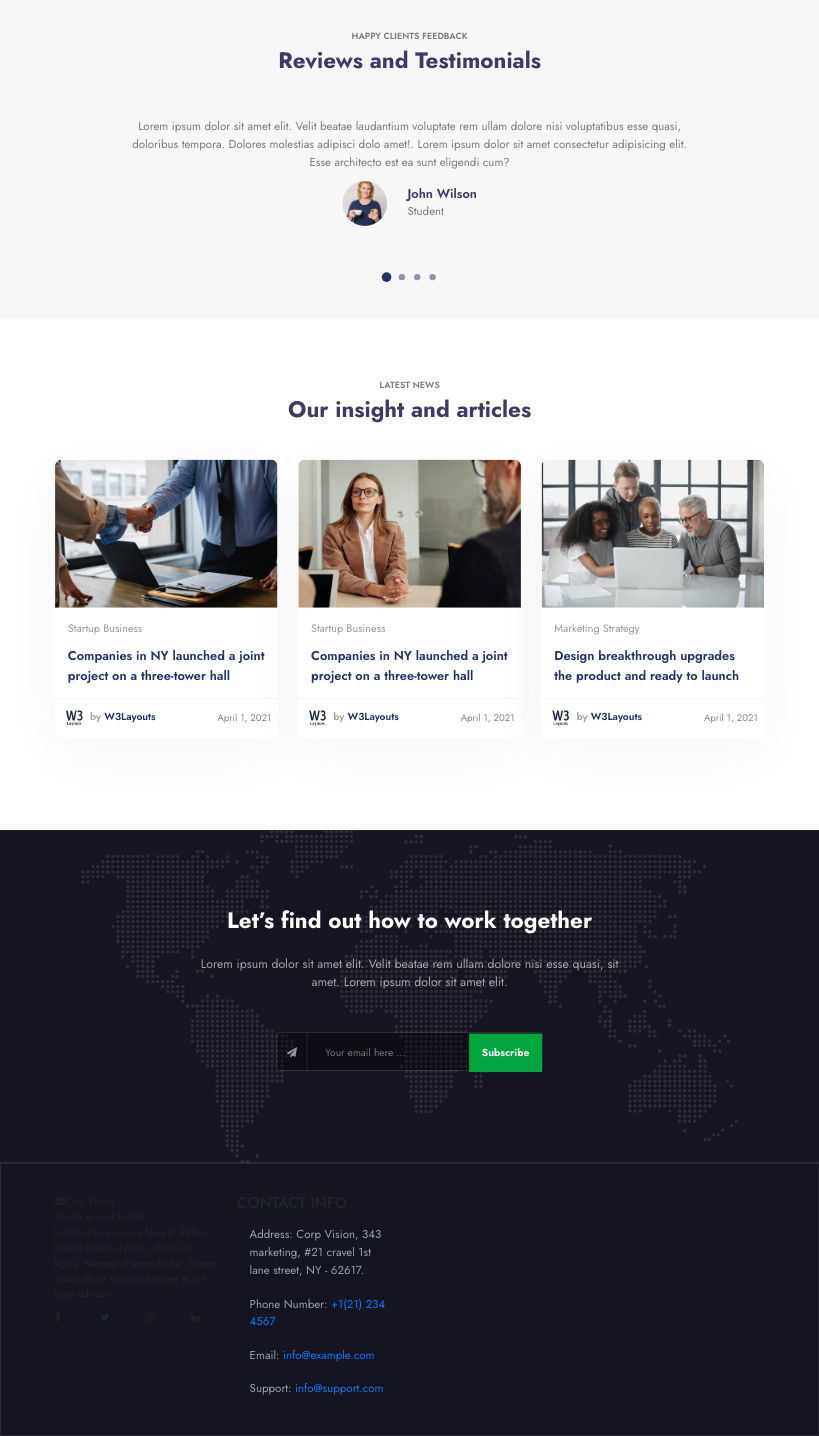
Repository: khaipnp/corpvision
Page: index.html
The author's editor kept a copy of each file at every save. The page is drawn from the files as they stood at one save, then again after the next save.
The browser window is 1280 px wide. The pictures show the whole page, at 64% of full size.

Above is the page before, as saved 2021-07-04 12:57:59.

### index.html
<!DOCTYPE html>
<html lang="en">
  <head>
    <meta charset="UTF-8" />
    <meta http-equiv="X-UA-Compatible" content="IE=edge" />
    <meta name="viewport" content="width=device-width, initial-scale=1.0" />
    <title>Corpvision</title>
    <meta name="description" content="Corpvision Website" />
    <!-- FONT-GOOGLE -->
    <link rel="preconnect" href="https://fonts.gstatic.com" />
    <link
      href="https://fonts.googleapis.com/css2?family=Jost:ital,wght@0,100;0,200;0,300;0,400;0,500;0,600;0,700;0,800;0,900;1,400&display=swap"
      rel="stylesheet"
    />
    <!-- FONT-AWSOME -->
    <link
      rel="stylesheet"
      href="https://cdnjs.cloudflare.com/ajax/libs/font-awesome/5.15.3/css/all.min.css"
      integrity="sha512-iBBXm8fW90+nuLcSKlbmrPcLa0OT92xO1BIsZ+ywDWZCvqsWgccV3gFoRBv0z+8dLJgyAHIhR35VZc2oM/gI1w=="
      crossorigin="anonymous"
      referrerpolicy="no-referrer"
    />
    <link rel="stylesheet" href="./css/font-awesome.min.css" />
    <!-- OWL CAROUSEL -->
    <link
      rel="stylesheet"
      href="https://cdnjs.cloudflare.com/ajax/libs/OwlCarousel2/2.3.4/assets/owl.carousel.min.css"
      integrity="sha512-tS3S5qG0BlhnQROyJXvNjeEM4UpMXHrQfTGmbQ1gKmelCxlSEBUaxhRBj/EFTzpbP4RVSrpEikbmdJobCvhE3g=="
      crossorigin="anonymous"
      referrerpolicy="no-referrer"
    />
    <link
      rel="stylesheet"
      href="https://cdnjs.cloudflare.com/ajax/libs/OwlCarousel2/2.3.4/assets/owl.theme.default.css"
      integrity="sha512-OTcub78R3msOCtY3Tc6FzeDJ8N9qvQn1Ph49ou13xgA9VsH9+LRxoFU6EqLhW4+PKRfU+/HReXmSZXHEkpYoOA=="
      crossorigin="anonymous"
      referrerpolicy="no-referrer"
    />
    <!-- BOOTSTRAP -->
    <link
      rel="stylesheet"
      href="https://cdn.jsdelivr.net/npm/bootstrap@4.6.0/dist/css/bootstrap.min.css"
      integrity="sha384-B0vP5xmATw1+K9KRQjQERJvTumQW0nPEzvF6L/Z6nronJ3oUOFUFpCjEUQouq2+l"
      crossorigin="anonymous"
    />
    <!-- MAIN CSS -->
    <link rel="stylesheet" href="./css/main.css" />
  </head>
  <body>
    <header></header>
    <section class="feedback">
      <div class="feedback__content py-5">
        <div class="container">
          <h5 class="small-title col-12 text-center">Happy clients Feedback</h5>
          <h3 class="big-title col-12 text-center">Reviews and Testimonials</h3>
          <div class="testimonials owl-carousel owl-theme">
            <div class="testimonials__item">
              <p class="text-center col-12">
                Lorem ipsum dolor sit amet elit. Velit beatae laudantium
                voluptate rem ullam dolore nisi voluptatibus esse quasi,
                doloribus tempora. Dolores molestias adipisci dolo amet!. Lorem
                ipsum dolor sit amet consectetur adipisicing elit. Esse
                architecto est ea sunt eligendi cum?
              </p>
              <div
                class="
                  testimonials__desc
                  row
                  align-items-center
                  justify-content-center
                "
              >
                <div class="avatar mr-3">
                  <img src="./img/team1.jpg" alt="team 1" />
                </div>
                <div class="name ml-3">
                  <h3>John Wilson</h3>
                  <p>Student</p>
                </div>
              </div>
            </div>
            <div class="testimonials__item">
              <p class="text-center col-12">
                Lorem ipsum dolor sit amet elit. Velit beatae laudantium
                voluptate rem ullam dolore nisi voluptatibus esse quasi,
                doloribus tempora. Dolores molestias adipisci dolo amet!. Lorem
                ipsum dolor sit amet consectetur adipisicing elit. Esse
                architecto est ea sunt eligendi cum?
              </p>
              <div
                class="
                  testimonials__desc
                  row
                  align-items-center
                  justify-content-center
                "
              >
                <div class="avatar mr-3">
                  <img src="./img/team2.jpg" alt="team 2" />
                </div>
                <div class="name ml-3">
                  <h3>Julia Sakura</h3>
                  <p>Student</p>
                </div>
              </div>
            </div>
            <div class="testimonials__item">
              <p class="text-center col-12">
                Lorem ipsum dolor sit amet elit. Velit beatae laudantium
                voluptate rem ullam dolore nisi voluptatibus esse quasi,
                doloribus tempora. Dolores molestias adipisci dolo amet!. Lorem
                ipsum dolor sit amet consectetur adipisicing elit. Esse
                architecto est ea sunt eligendi cum?
              </p>
              <div
                class="
                  testimonials__desc
                  row
                  align-items-center
                  justify-content-center
                "
              >
                <div class="avatar mr-3">
                  <img src="./img/team3.jpg" alt="team 3" />
                </div>
                <div class="name ml-3">
                  <h3>Roy Linderson</h3>
                  <p>Student</p>
                </div>
              </div>
            </div>
            <div class="testimonials__item">
              <p class="text-center col-12">
                Lorem ipsum dolor sit amet elit. Velit beatae laudantium
                voluptate rem ullam dolore nisi voluptatibus esse quasi,
                doloribus tempora. Dolores molestias adipisci dolo amet!. Lorem
                ipsum dolor sit amet consectetur adipisicing elit. Esse
                architecto est ea sunt eligendi cum?
              </p>
              <div
                class="
                  testimonials__desc
                  row
                  align-items-center
                  justify-content-center
                "
              >
                <div class="avatar mr-3">
                  <img src="./img/team4.jpg" alt="team 4" />
                </div>
                <div class="name ml-3">
                  <h3>Smith Johnson</h3>
                  <p>Student</p>
                </div>
              </div>
            </div>
          </div>
        </div>
      </div>
    </section>
    <section class="news py-5">
      <div class="news__content py-5">
        <div class="container">
          <h5 class="small-title col-12 text-center">LATEST NEWS</h5>
          <h3 class="big-title col-12 text-center">Our insight and articles</h3>
          <div class="row py-5">
            <div class="news__item col-md-6 col-lg-4">
              <div class="news__card">
                <div class="card__thumbnail p-0 position-relative">
                  <img src="./img/blog1.jpg" alt="blog 1" />
                </div>
                <div class="card__content">
                  <p>Startup Business</p>
                  <a href="#">Companies in NY launched a joint project on a three-tower
                    hall</a>
                </div>
                <div class="card__footer">
                  <span><img src="./img/icon.jpeg" alt="" /> by <a href="#">W3Layouts</a></span>
                  <p>April 1, 2021</p>
                </div>
              </div>
            </div>
            <div class="news__item col-md-6 col-lg-4">
              <div class="news__card">
                <div class="card__thumbnail p-0 position-relative">
                  <img src="./img/blog2.jpg" alt="blog 1" />
                </div>
                <div class="card__content">
                  <p>Startup Business</p>
                  <a href="#">Companies in NY launched a joint project on a three-tower
                    hall</a>
                </div>
                <div class="card__footer">
                  <span><img src="./img/icon.jpeg" alt="" /> by <a href="#">W3Layouts</a></span>
                  <p>April 1, 2021</p>
                </div>
              </div>
            </div>
            <div class="news__item col-md-6 col-lg-4">
              <div class="news__card">
                <div class="card__thumbnail p-0 position-relative">
                  <img src="./img/blog3.jpg" alt="blog 1" />
                </div>
                <div class="card__content">
                  <p>Marketing Strategy</p>
                  <a href="#">Design breakthrough upgrades the product and ready to launch</a>
                </div>
                <div class="card__footer">
                  <span><img src="./img/icon.jpeg" alt="" /> by <a href="#">W3Layouts</a></span>
                  <p>April 1, 2021</p>
                </div>
              </div>
            </div>
          </div>
        </div>
      </div>
    </section>
    <div class="subscribe py-5">
      <div class="container">
        <div class="sub__box my-5 mx-auto align-items-center justify-content-center">
          <h3 class="big-title py-4 col-12 text-center">Let’s find out how to work together<h3>
          <p class="col-12 text-center">Lorem ipsum dolor sit amet elit. Velit beatae rem ullam dolore nisi esse quasi, sit amet. Lorem ipsum dolor sit amet elit.</p>
          <div class="input__email justify-content-center py-5">
            <form>
              <i class="fa fa-paper-plane"></i>
              <input type="email" placeholder="Your email here ...">
              <button>Subscribe</button>
            </form>
          </div>
        </div>
      </div>
    </div>
    <footer>
      <div class="footer__info container py-5">
        <div class="row">
          <div class="footer__content col-3">
            <i class="fa fa-align-right">Corp Vision</i>
            <div class="slogan">Vision to your Future</div>
            <p>Lorem ipsum viverra feugiat. Pellen tesque libero ut justo, ultrices in ligula. Semper at tempufddfel. Lorem ipsum dolor sit amet Semper at elit team advisors.</p>
            <div class="social__network row justify-content-start">
              <i class="fa fa-facebook col-3"></i>
              <i class="fa fa-twitter col-3"></i>
              <i class="fa fa-instagram col-3"></i>
              <i class="fa fa-linkedin col-3"></i>
            </div>
          </div>
          <div class="footer__content col-3">
            <h4>CONTACT INFO</h4>
            <ul class="list-group list-group-flush">
              <li class="list-group-item">Address: Corp Vision, 343 marketing, #21 cravel 1st lane street, NY - 62617.</li>
              <li class="list-group-item">Phone Number: <a href="tel:+1212344567">+1(21) 234 4567</a></li>
              <li class="list-group-item">Email: <a href="mailto:">info@example.com</a></li>
              <li class="list-group-item">Support: <a href="mailto:">info@support.com</a></li>
            </ul>
          </div>

        </div>
      </div>
    </footer>
    <!-- SCRIPT -->
    <!-- BOOTSTRAP -->
    <script
      src="https://cdnjs.cloudflare.com/ajax/libs/jquery/3.6.0/jquery.js"
      integrity="sha512-n/4gHW3atM3QqRcbCn6ewmpxcLAHGaDjpEBu4xZd47N0W2oQ+6q7oc3PXstrJYXcbNU1OHdQ1T7pAP+gi5Yu8g=="
      crossorigin="anonymous"
      referrerpolicy="no-referrer"
    ></script>
    <script
      src="https://cdn.jsdelivr.net/npm/bootstrap@4.6.0/dist/js/bootstrap.bundle.min.js"
      integrity="sha384-Piv4xVNRyMGpqkS2by6br4gNJ7DXjqk09RmUpJ8jgGtD7zP9yug3goQfGII0yAns"
      crossorigin="anonymous"
    ></script>
    <!-- OWL CAROUSEL -->
    <script src="./js/owl.carousel.min.js"></script>
    <script>
      $(document).ready(function () {
        $(".owl-carousel").owlCarousel({
          navigation: false,
          slideSpeed: 300,
          paginationSpeed: 400,
          singleItem: true,
          items: 1,
          // itemsDesktop : false,
          // itemsDesktopSmall : false,
          // itemsTablet: false,
          // itemsMobile : false
        });
      });
    </script>
  </body>
</html>

### css/main.css
* {
  padding: 0;
  margin: 0;
  box-sizing: border-box;
}

html,
body {
  font-family: "Jost", sans-serif;
  background: #fff;
}

.small-title {
  color: #7e7d7d;
  font-size: 14px;
  font-weight: 600;
  text-transform: uppercase;
}

.big-title {
  color: #3f3a64;
  font-size: 35px;
  font-weight: 700;
}

/* FEEDBACK */
.feedback {
  background-color: #f7f7f7;
}

.testimonials__item {
  margin: 60px auto;
  display: block;
  max-width: 900px;
  height: auto;
}

.testimonials__item p {
  color: #7e7d7d;
  font-size: 18px;
  line-height: 28px;
}

.testimonials__desc .avatar {
  width: 70px;
  height: 70px;
  overflow: hidden;
  border-radius: 50%;
}

.testimonials__desc .avatar img {
  width: 100%;
  height: 100%;
  object-fit: cover;
}

.name h3 {
  font-size: 20px;
  margin: 0;
  font-weight: 600;
  color: #3f3a64;
}
.name p {
  font-style: normal;
  margin-bottom: 0;
}

.owl-theme .owl-dots .owl-dot.active span,
.owl-theme .owl-dots .owl-dot span {
  background: rgba(33, 51, 100, 0.5);
  transform: scale(1);
  transition: all 0.5s;
}

.owl-theme .owl-dots .owl-dot.active span,
.owl-theme .owl-dots .owl-dot:hover span {
  background: #213364 !important;
  transform: scale(1.5);
}

/* NEWS */
.news__card {
  background-color: #fff;
  box-shadow: 0 25px 98px 0 rgb(0 0 0 / 4%);
  border: 1px solid transparent;
  border-radius: 10px;
}

.card__thumbnail {
  overflow: hidden;
  border-radius: 10px 10px 0 0;
}

.card__thumbnail img {
  width: 100%;
  border-radius: 10px 10px 0 0;
  object-fit: cover;
  cursor: pointer;
  transition: all 0.5s;
}

.card__thumbnail img:hover {
  transform: scale(1.15);
}

.card__content {
  padding: 20px;
}

.card__content p {
  color: #999;
  font-size: 17px;
  font-weight: 400;
}

.card__content a {
  text-decoration: none;
  color: #213364;
  font-size: 20px;
  font-weight: 600;
  transition: all 0.5s;
  cursor: pointer;
}

.card__content a:hover {
  color: #00a63f;
}

.card__footer {
  display: flex;
  justify-content: space-between;
  align-items: center;
  border-top: 1px solid rgba(126, 125, 125, 0.1);
  padding: 10px;
}

.card__footer a {
  color: #213364;
  font-size: 1rem;
  font-weight: 600;
  cursor: pointer;
  transition: all 0.5s;
  text-decoration: none;
}

.card__footer a:hover {
  color: #00a63f;
}

.card__footer img {
  cursor: pointer;
}

.card__footer span {
  color: rgb(102, 102, 102, 0.6);
  font-weight: 600;
}

.card__footer p {
  margin-bottom: 0;
  font-size: 15px;
  color: rgb(102, 102, 102, 0.8);
}

/* SUBCRIBE */
.subscribe {
  background-image: url(../img/map.png);
  background-color: #151421;
  background-size: contain;
  background-repeat: no-repeat;
  background-position: center;
}

.sub__box {
  max-width: 700px;
}

.sub__box .big-title {
  color: #fff;
}

.sub__box p {
  font-size: 1.2rem;
  color: rgba(255, 255, 255, 0.6);
  line-height: 1.5;
  font-weight: 400;
}

.input__email {
  display: flex;
}

.input__email form {
  border: 1px solid rgb(255, 255, 255, 0.15);
  border-radius: 5px;
  height: 60px;
  background: rgb(0, 0, 0, 0.35);
  max-width: 550px;
}

.input__email input {
  color: #999;
  padding: 20px 20px;
  border: none;
  font-size: 1rem;
  outline: none;
  background: none;
}

.input__email button {
  background-color: #00a63f;
  color: #fff;
  height: 60px;
  padding: 0 20px;
  border: none;
  font-size: 1rem;
  font-weight: 700;
  line-height: 60px;
  text-align: center;
}

.input__email i {
  text-align: center;
  color: #999;
  font-size: 1rem;
  border-right: 1px solid rgb(255, 255, 255, 0.15);
  line-height: 60px;
  padding: 0 15px;
}

/* FOOTER */

footer {
  background-color: #151421;
  border: 1px solid rgb(255, 255, 255, 0.15);
}

.footer__content p {
}

.footer__content .list-group-item {
  background-color: transparent !important;
  color: #97a1a9;
  border: none !important;
  font-size: 18px;
  line-height: 28px;
}

Loaded but not shown: css/font-awesome.min.css (library); js/owl.carousel.min.js (library)

After the next save:
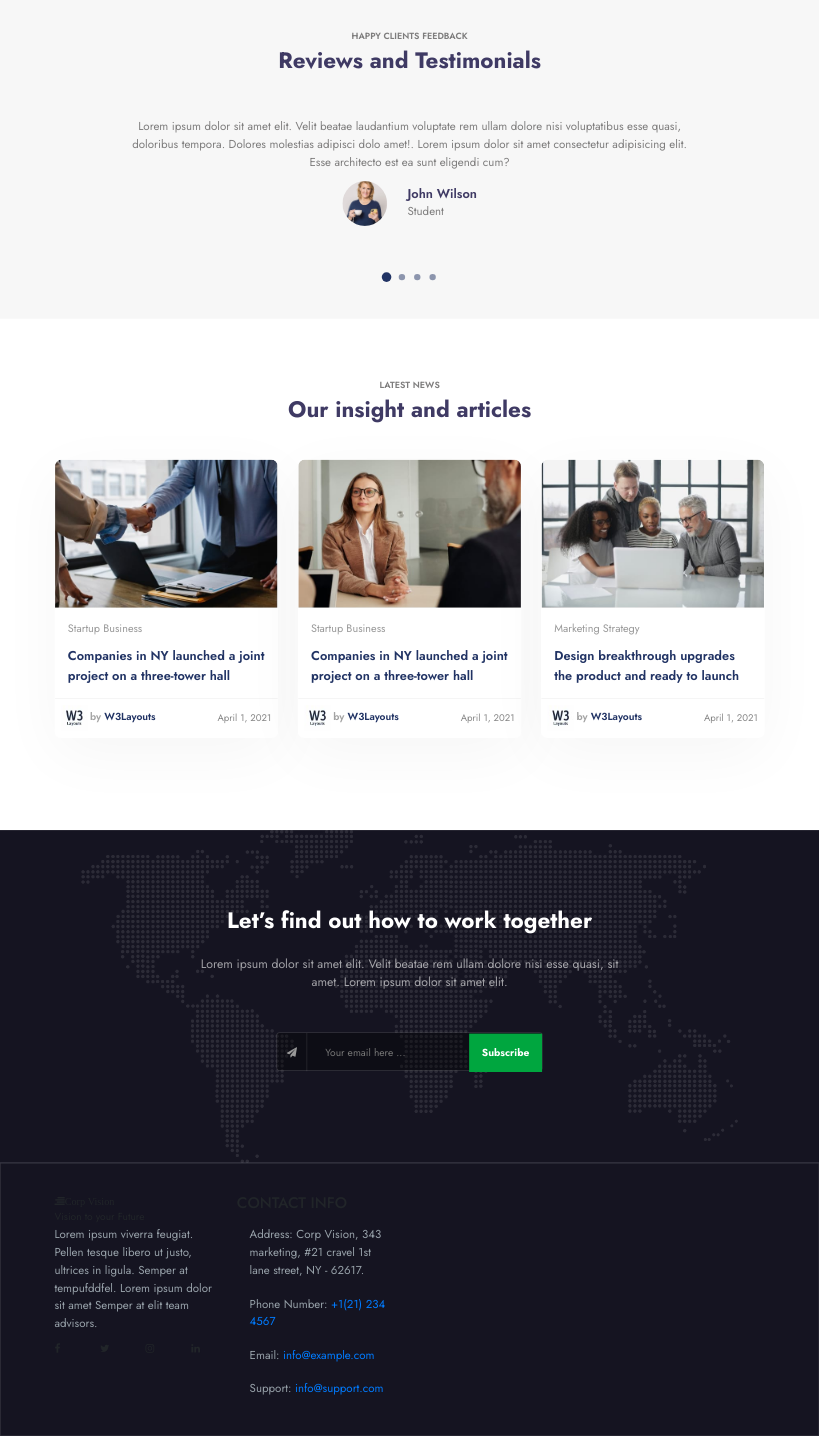
Saved 10 s later.
--- a/css/main.css
+++ b/css/main.css
@@ -236,6 +236,9 @@ footer {
 }
 
 .footer__content p {
+  color: #97a1a9;
+  font-size: 18px;
+  line-height: 28px;
 }
 
 .footer__content .list-group-item {
